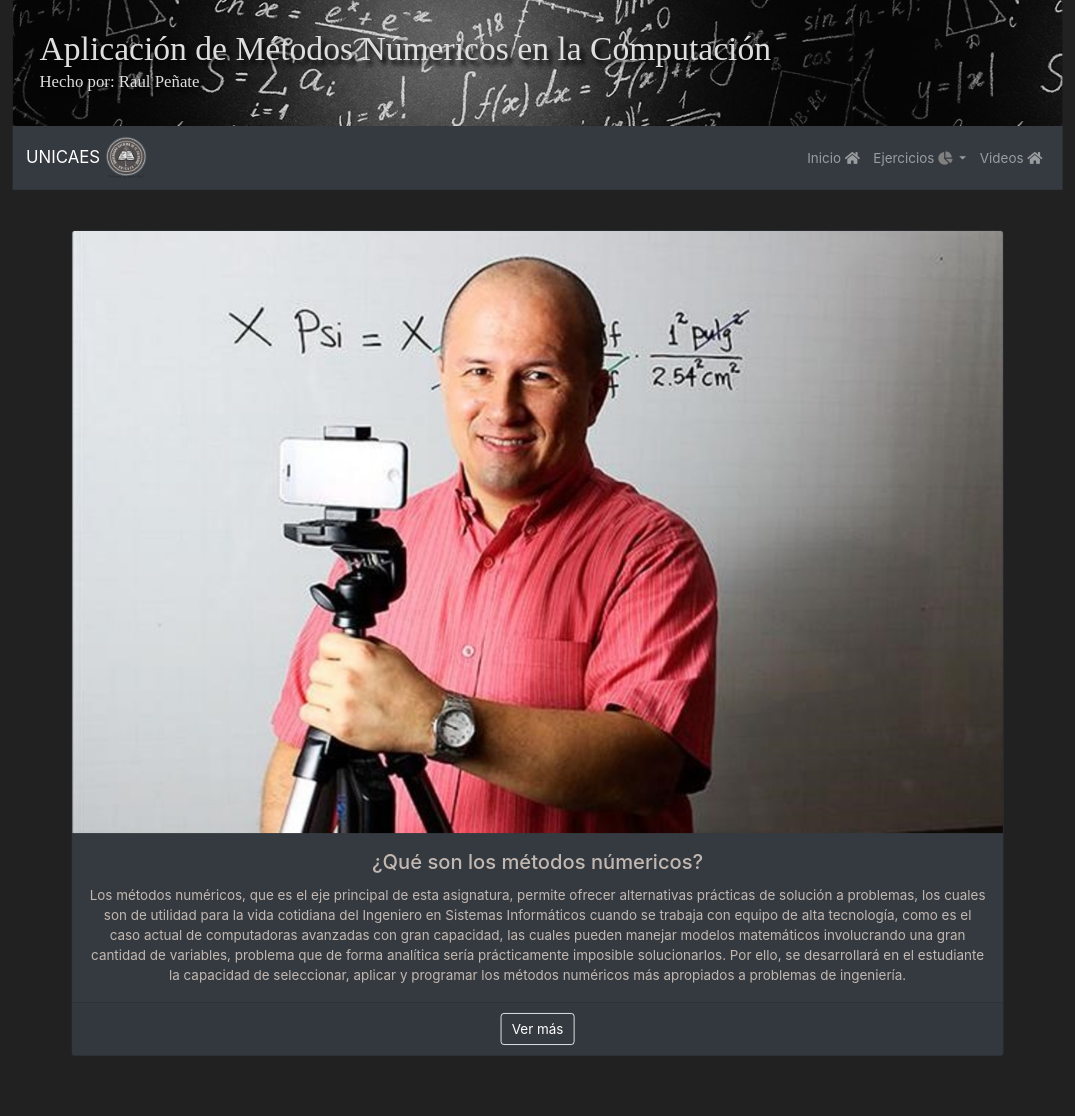
Repository: Cosos-de-la-U/metodos-numericos
Page: View/HTML/Elementos/videos.html
An editor plug-in stored every save of this project. The page is shown before and after a run of saves, followed by the edit.
The browser window is 1280 px wide. The pictures show the whole page, at 84% of full size.
Some web fonts or font styles are not loaded; a fallback is used. Some web libraries are served in a nearby version.

Above is the page before, as saved 2021-11-21 03:16:22.

After the next 2 saves:
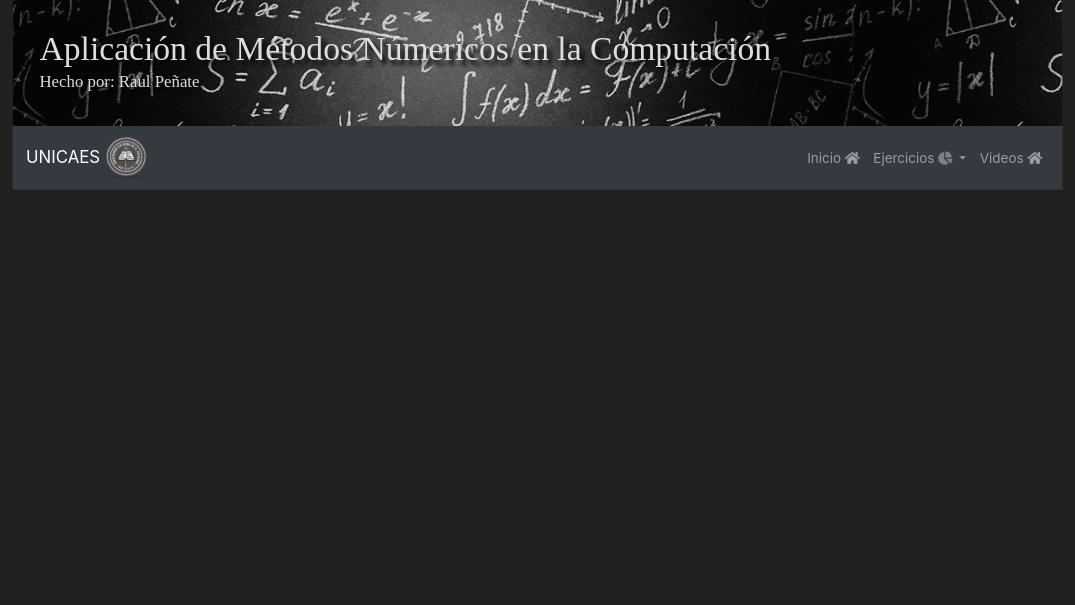
The 2 saves are shown as one change because they came seconds apart.
The last was saved 44 s later.
--- a/View/HTML/Elementos/videos.html
+++ b/View/HTML/Elementos/videos.html
@@ -24,7 +24,9 @@
       <header></header>
       <nav></nav>
       <div class="Inicio"></div>
-      <div class="Cardview"></div>
+      <div>
+
+      </div>
     </div>
     <!-- JQuery es maravilo -->
     <script src="/Controller/JS/jquery-3.5.1.min.js"></script>
@@ -34,7 +36,6 @@
       $(document).ready(function () {
         $("header").loadHTML("/View/HTML/Elementos/header.html");
         $("nav").loadHTML("/View/HTML/Elementos/nav.html");
-        $("div .Cardview").loadHTML("/View/HTML/Elementos/cardviews.html");
       });
     </script>
   </body>
